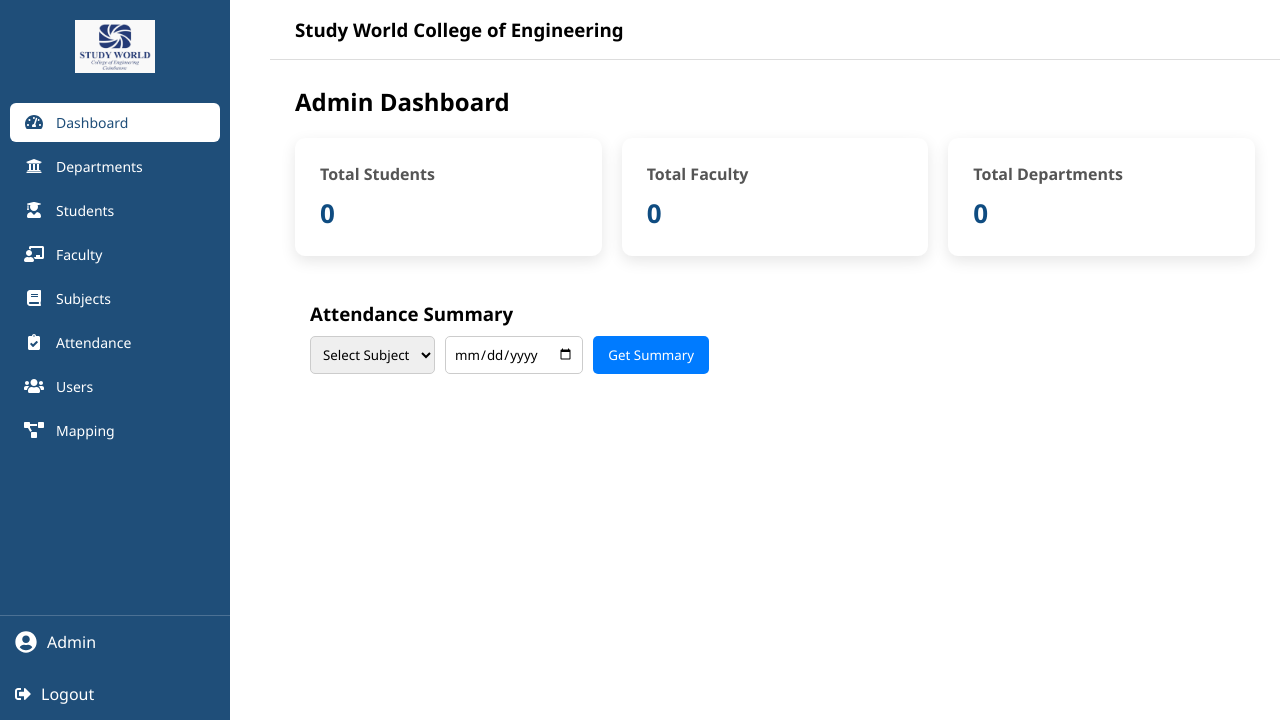
Repository: arthanarieswara/frontend
Page: /dashboard
The author's editor kept a copy of each file at every save. The page is drawn from the files as they stood at one save, then again after the next save.
The browser window is 1280 px wide. The pictures show the whole page.
The page's requests for data from a server got no answer. The project was rebuilt for these pictures with package versions that can differ from the ones it lists, and the page was loaded fresh each time. No one was signed in, and anything a server would have sent is missing. Also part of the build but not shown: vite.config.js, src/pages/auth/Login.jsx, src/pages/departments/Departments.css, src/pages/departments/Departments.jsx, src/pages/students/Students.css, src/pages/students/Students.jsx, src/pages/faculty/Faculty.css, src/pages/faculty/Faculty.jsx and 8 more.

Above is the page before, as saved 2026-03-27 11:14:37.

### src/App.jsx
import AppRoutes from "./routes/AppRoutes";

function App() {
  return <AppRoutes />;
}

export default App;

### src/routes/AppRoutes.jsx
import { BrowserRouter, Routes, Route } from "react-router-dom";

import Login from "../pages/auth/Login";
import Dashboard from "../pages/dashboard/Dashboard";
import Departments from "../pages/departments/Departments";
import Students from "../pages/students/Students";
import Faculty from "../pages/faculty/Faculty";
import Subjects from "../pages/Subjects/Subjects";
import Attendance from "../pages/Attendance/Attendance";
import Users from "../pages/users/Users";
import UserMapping from "../pages/UserMapping/UserMapping"; // ✅ NEW
function AppRoutes() {
  return (
    <BrowserRouter>
      <Routes>
        <Route path="/" element={<Login />} />
        <Route path="/dashboard" element={<Dashboard />} />
        <Route path="/departments" element={<Departments />} />
        <Route path="/students" element={<Students />} />
        <Route path="/faculty" element={<Faculty />} />
        <Route path="/subjects" element={<Subjects />} />
        <Route path="/attendance" element={<Attendance />} />
        <Route path="/users" element={<Users />} />

        {/* ✅ NEW ROUTE */}
        <Route path="/mapping" element={<UserMapping />} />
      </Routes>
    </BrowserRouter>
  );
}

export default AppRoutes;

### src/pages/dashboard/Dashboard.jsx
import { useEffect, useState } from "react";
import Layout from "../../components/Layout";
import api from "../../api/api";
import "./Dashboard.css";

function Dashboard() {

  const [data, setData] = useState({
    students: 0,
    faculty: 0,
    departments: 0,
    fees: 0
  });

  const [subjects, setSubjects] = useState([]);
  const [subject, setSubject] = useState("");
  const [date, setDate] = useState("");

  const [attendanceSummary, setAttendanceSummary] = useState(null);

  /* ================= LOAD DASHBOARD ================= */

  useEffect(() => {
    fetchDashboard();
    fetchSubjects();
  }, []);

  const fetchDashboard = async () => {
    try {
      const res = await api.get("/dashboard/admin");
      setData(res.data);
    } catch (err) {
      console.log(err);
    }
  };

  const fetchSubjects = async () => {
    try {
      const res = await api.get("/subjects");
      setSubjects(res.data || []);
    } catch (err) {
      console.log(err);
    }
  };

  /* ================= FETCH ATTENDANCE SUMMARY ================= */

  const getAttendanceSummary = async () => {
    if (!subject || !date) {
      alert("Select subject and date");
      return;
    }

    try {
      const res = await api.get(
        `/attendance/summary?subject_id=${subject}&date=${date}`
      );

      setAttendanceSummary(res.data);

    } catch (err) {
      console.error(err);
      alert("Failed to fetch attendance summary");
    }
  };

  return (
    <Layout>
      <div className="dashboard">

        <h2>Admin Dashboard</h2>

        {/* ================= MAIN CARDS ================= */}
        <div className="cards">

          <div className="card">
            <h3>Total Students</h3>
            <p>{data.students}</p>
          </div>

          <div className="card">
            <h3>Total Faculty</h3>
            <p>{data.faculty}</p>
          </div>

          <div className="card">
            <h3>Total Departments</h3>
            <p>{data.departments}</p>
          </div>

        </div>

        {/* ================= ATTENDANCE FILTER ================= */}

        <div className="attendance-filter-section">

          <h3>Attendance Summary</h3>

          <div className="filters">

            <select
              value={subject}
              onChange={(e) => setSubject(e.target.value)}
            >
              <option value="">Select Subject</option>
              {subjects.map((s) => (
                <option key={s.id} value={s.id}>
                  {s.name}
                </option>
              ))}
            </select>

            <input
              type="date"
              value={date}
              onChange={(e) => setDate(e.target.value)}
            />

            <button onClick={getAttendanceSummary}>
              Get Summary
            </button>

          </div>

        </div>

        {/* ================= SUMMARY RESULT ================= */}

        {attendanceSummary && (
          <div className="cards">

            <div className="card">
              <h3>Present</h3>
              <p>{attendanceSummary.present_count}</p>
            </div>

            <div className="card">
              <h3>Absent</h3>
              <p>{attendanceSummary.absent_count}</p>
            </div>

            <div className="card">
              <h3>Total</h3>
              <p>{attendanceSummary.total_students}</p>
            </div>

          </div>
        )}

      </div>
    </Layout>
  );
}

export default Dashboard;

### src/api/api.js
import axios from "axios";

const api = axios.create({
  baseURL: "http://localhost:5000/api",
});

/* ✅ Attach token automatically */
api.interceptors.request.use((config) => {
  const token = localStorage.getItem("token");

  if (token) {
    config.headers.Authorization = `Bearer ${token}`;
  }

  return config;
});

export default api;

### src/pages/auth/Login.css
*{
  margin:0;
  padding:0;
  box-sizing:border-box;
  font-family:"Segoe UI",sans-serif;
}

/* ANIMATED BACKGROUND */

.login-wrapper{
  height:100vh;
  display:flex;
  justify-content:center;
  align-items:center;
  background:linear-gradient(270deg,#0f4c81,#3a8bfd,#1a6ed8);
  background-size:600% 600%;
  animation:gradientBG 10s ease infinite;
}

@keyframes gradientBG{
  0%{background-position:0% 50%}
  50%{background-position:100% 50%}
  100%{background-position:0% 50%}
}

/* LOGIN CARD */

.login-card{
  width:420px;
  padding:40px;
  border-radius:12px;
  background:rgba(255,255,255,0.15);
  backdrop-filter:blur(15px);
  box-shadow:0 15px 40px rgba(0,0,0,0.3);
  text-align:center;
  color:white;
}

/* COLLEGE HEADER */

.college-logo{
  width:70px;
  margin-bottom:10px;
}

.college-header h1{
  font-size:20px;
  margin-bottom:5px;
}

.college-header p{
 font-size:13px;
  opacity:0.9;
}

.college-header span{
  font-size:12px;
  opacity:0.8;
}

.college-header{
  margin-bottom:30px;
}

/* INPUT GROUP */

.input-group{

  position:relative;
  margin-bottom:20px;
}

.input-group input{
  width:100%;
  padding:12px;
  border:none;
  border-radius:6px;
  outline:none;
  font-size:14px;
}

/* FLOATING LABEL */

.input-group label{
  position:absolute;
  left:12px;
  top:50%;
  transform:translateY(-50%);
  color:#000000;
  font-size:14px;
  pointer-events:none;
  transition:0.3s;
}

.input-group input:focus + label,
.input-group input:not(:placeholder-shown) + label{
  top:-8px;
  /* background:white; */
  padding:0 5px;
  font-size:15px;
  color:white;
}

/* PASSWORD ICON */

.password-group{
 position:relative;
}

.eye-icon{
  position:absolute;
  right:10px;
  top:50%;
  transform:translateY(-50%);
  cursor:pointer;
  color:#444;
}

/* BUTTON */

.login-btn{
  width:100%;
  padding:12px;
  border:none;
  border-radius:6px;
  background:white;
  color:#0f4c81;
  font-size:16px;
  font-weight:bold;
  cursor:pointer;
  transition:all 0.3s;
}

.login-btn:hover{
  transform:translateY(-2px);
  box-shadow:0 5px 15px rgba(0,0,0,0.3);
}

### src/components/Layout.jsx
import { useState } from "react";
import Sidebar from "./Sidebar";
import Navbar from "./Navbar";

function Layout({ children }) {

  const [collapsed,setCollapsed] = useState(false);

  return (

    <div style={{display:"flex"}}>

      <Sidebar collapsed={collapsed} />

      <div style={{flex:1}}>

        <Navbar toggleSidebar={()=>setCollapsed(!collapsed)} />

        <div style={{padding:"25px"}}>
          {children}
        </div>

      </div>

    </div>

  );

}

export default Layout;

### src/pages/dashboard/Dashboard.css
.dashboard h2 {
  margin-bottom: 20px;
}

.cards {
  display: grid;

  grid-template-columns: repeat(auto-fit, minmax(220px, 1fr));

  gap: 20px;
}

.card {
  background: white;

  padding: 25px;

  border-radius: 10px;

  box-shadow: 0 5px 15px rgba(0, 0, 0, 0.1);

  transition: 0.3s;
}

.card:hover {
  transform: translateY(-5px);
}

.card h3 {
  font-size: 16px;

  margin-bottom: 10px;

  color: #555;
}

.card p {
  font-size: 26px;

  font-weight: bold;

  color: #0f4c81;
}

/* Attendance Filter Section */
.attendance-filter-section {
  margin-top: 30px;
  background: #fff;
  padding: 15px;
  border-radius: 8px;
}

.filters {
  display: flex;
  gap: 10px;
  margin-top: 10px;
}

.filters select,
.filters input {
  padding: 8px;
  border: 1px solid #ccc;
  border-radius: 5px;
}

.filters button {
  background: #007bff;
  color: white;
  border: none;
  padding: 8px 15px;
  border-radius: 5px;
  cursor: pointer;
}

.filters button:hover {
  background: #0056b3;
}

### src/components/Sidebar.jsx
import { NavLink, useNavigate } from "react-router-dom";
import {
  FaTachometerAlt,
  FaUniversity,
  FaUserGraduate,
  FaChalkboardTeacher,
  FaBook,
  FaClipboardCheck,
  FaMoneyBill,
  FaSignOutAlt,
  FaUserCircle,
  FaUsers,
  FaProjectDiagram,
} from "react-icons/fa";

import "./Sidebar.css";

function Sidebar({ collapsed }) {
  const navigate = useNavigate();

  const handleLogout = () => {
    localStorage.removeItem("token");
    navigate("/");
  };

  return (
    <div className="main-content">
      <div className={`sidebar ${collapsed ? "collapsed" : ""}`}>
        <div className="sidebar-header">
          <img src="/college-logo.png" className="sidebar-logo" />
        </div>

        <nav className="menu">
          <NavLink to="/dashboard" className="menu-item">
            <FaTachometerAlt />
            <span>Dashboard</span>
          </NavLink>

          <NavLink to="/departments" className="menu-item">
            <FaUniversity />
            <span>Departments</span>
          </NavLink>

          <NavLink to="/students" className="menu-item">
            <FaUserGraduate />
            <span>Students</span>
          </NavLink>

          <NavLink to="/faculty" className="menu-item">
            <FaChalkboardTeacher />
            <span>Faculty</span>
          </NavLink>

          <NavLink to="/subjects" className="menu-item">
            <FaBook />
            <span>Subjects</span>
          </NavLink>

          <NavLink to="/attendance" className="menu-item">
            <FaClipboardCheck />
            <span>Attendance</span>
          </NavLink>

          {/* <NavLink to="/fees" className="menu-item">
          <FaMoneyBill />
          <span>Fees</span>
        </NavLink> */}

          <NavLink to="/users" className="menu-item">
            <FaUsers />
            <span>Users</span>
          </NavLink>
          <NavLink to="/mapping" className="menu-item">
            <FaProjectDiagram />
            <span>Mapping</span>
          </NavLink>
        </nav>

        {/* PROFILE SECTION */}

        <div className="bottom-section">
          <div className="profile">
            <FaUserCircle className="profile-icon" />
            <span>Admin</span>
          </div>

          <div className="logout" onClick={handleLogout}>
            <FaSignOutAlt />
            <span>Logout</span>
          </div>
        </div>
      </div>
    </div>
  );
}

export default Sidebar;

### src/components/Navbar.jsx
import { FaBars } from "react-icons/fa";
import "./Navbar.css";

function Navbar({ toggleSidebar }) {

    return (

        <div className="navbar">

            {/* <FaBars className="toggle-btn" onClick={toggleSidebar} /> */}

            <h3>Study World College of Engineering</h3>

        </div>

    )

}

export default Navbar;

### src/components/Sidebar.css
.sidebar {
  width: 230px;
  height: 100vh;
  background: #1f4e79;
  color: white;
  display: flex;
  flex-direction: column;
  justify-content: space-between;
  position: fixed;
  left: 0;
  top: 0;
}

/* HEADER */

.sidebar-header {
  display: flex;
  justify-content: center;
  align-items: center;
  padding: 20px 10px;
}

.sidebar-logo {
  width: 80px;
  object-fit: contain;
}

/* MENU */

.menu {
  display: flex;
  flex-direction: column;
  gap: 5px;
  padding: 10px;
}

/* MENU ITEM */

.menu-item {
  display: flex;
  align-items: center;
  gap: 12px;
  padding: 10px 14px;
  color: white;
  text-decoration: none;
  border-radius: 6px;
  transition: 0.3s;
  font-size: 14px;
}

.menu-item svg {
  font-size: 16px;
  min-width: 20px;
}

.menu-item:hover {
  background: rgba(255, 255, 255, 0.15);
}

.menu-item.active {
  background: white;
  color: #1f4e79;
}

/* PUSH BOTTOM SECTION DOWN */

.bottom-section {
  margin-top: auto;
}

/* PROFILE */

.profile {
  display: flex;
  align-items: center;
  gap: 10px;
  padding: 15px;
  border-top: 1px solid rgba(255, 255, 255, 0.2);
}

.profile-icon {
  font-size: 22px;
}

/* LOGOUT */

.logout {
  display: flex;
  align-items: center;
  gap: 10px;
  padding: 15px;
  cursor: pointer;
  transition: 0.3s;
}

.logout:hover {
  background: rgba(255, 0, 0, 0.2);
}

.main-content {
  margin-left: 230px; /* SAME AS SIDEBAR WIDTH */
  padding: 20px;
}

### src/components/Navbar.css
.navbar{
  height:60px;
  background:white;
  border-bottom:1px solid #ddd;
  display:flex;
  align-items:center;
  padding:0 25px;
}

Loaded but not shown: index.html (common file); src/main.jsx (common file)

After the next save:
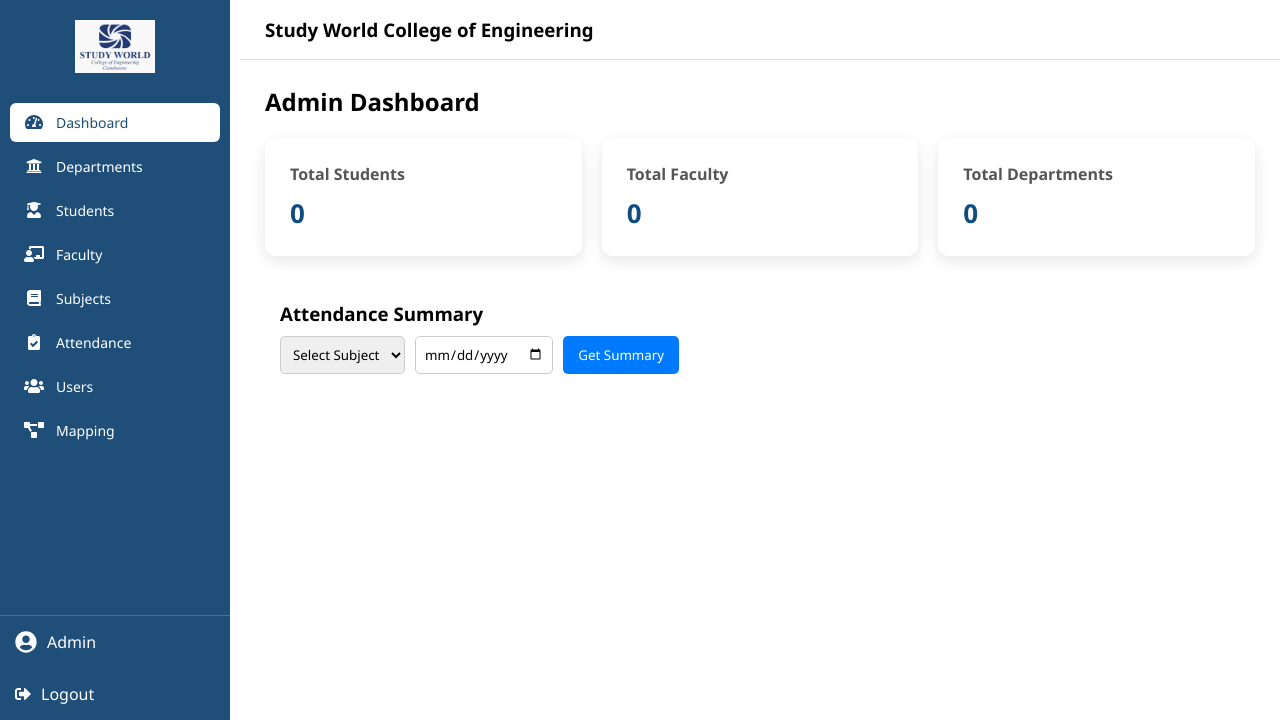
Saved 12 s later.
--- a/src/components/Sidebar.css
+++ b/src/components/Sidebar.css
@@ -98,6 +98,6 @@
 }
 
 .main-content {
-  margin-left: 230px; /* SAME AS SIDEBAR WIDTH */
+  margin-left: 200px; /* SAME AS SIDEBAR WIDTH */
   padding: 20px;
 }
